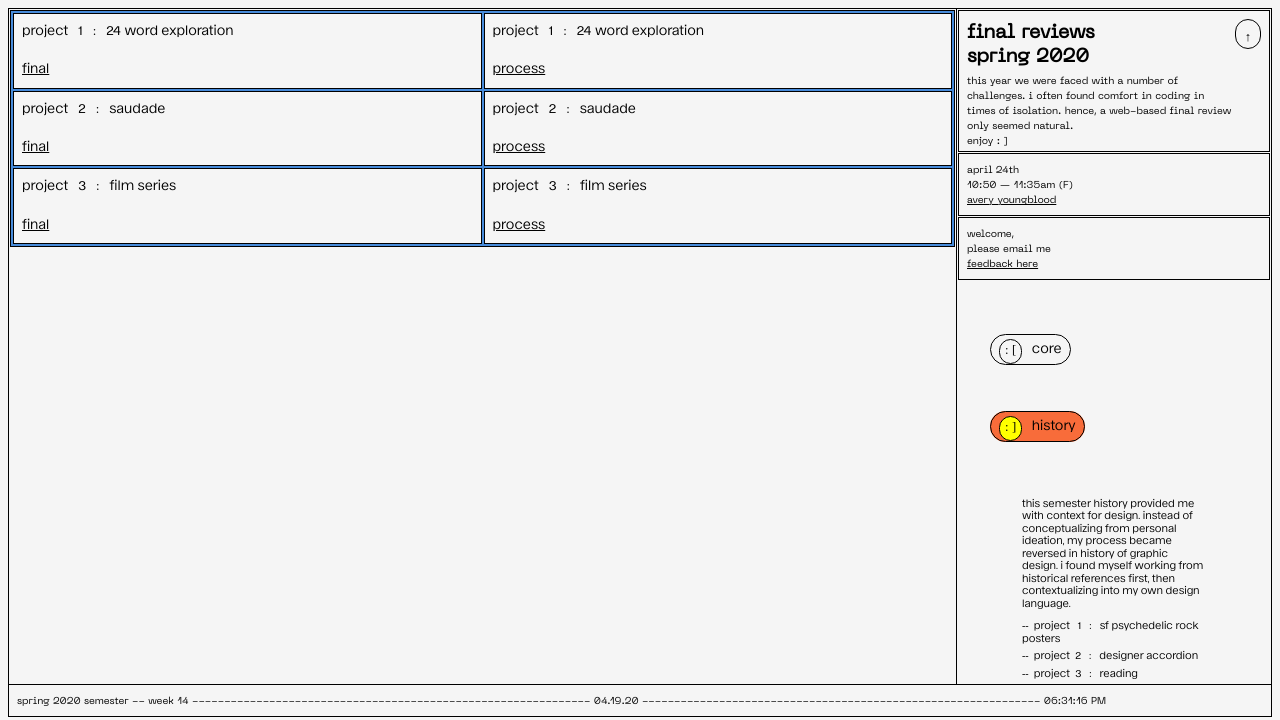
Repository: ayoungblood2/Spring-Semester-2020
Page: index v2/classes/interactive.html
The author's editor kept a copy of each file at every save. The page is drawn from the files as they stood at one save, then again after the next save.
The browser window is 1280 px wide. The pictures show the whole page.
Some web libraries are served in a nearby version.

Above is the page before, as saved 2020-04-19 21:26:43.

### index v2/classes/interactive.html
<html lang="en">

    <head>

        <meta charset="UTF-8">
        <meta name="viewport" content="width=device-width, initial-scale=1.0">
        <meta http-equiv="X-UA-Compatible" content="ie=edge">
        <link rel="stylesheet" href="/index v2/assets/css/main.css">

        <link rel="apple-touch-icon" sizes="180x180" href="/index v2/assets/icon/favicon_io/apple-touch-icon.png">
        <link rel="icon" type="image/png" sizes="32x32" href="/index v2/assets/icon/favicon_io/favicon-32x32.png">
        <link rel="icon" type="image/png" sizes="16x16" href="/index v2/assets/icon/favicon_io/favicon-16x16.png">

        <!-- <META HTTP-EQUIV="refresh" CONTENT="5; URL=http://127.0.0.1:5500/index%20v2/index2.html"> -->


        <title> : ] [ :</title>


    </head>

    <body class="none">


        <div id="coords" data-html2canvas-ignore="true" style="color: black; top: 747px; left: 58px;">click(48,737)
        </div>


        <main class="Main">

            <!-- <header class="PageHeader PageHeader--home">

                <section class="PageHeader-classInfo">
                    april 24th
                    <br>10:50 — 11:35am (F)
                    <br><a href="https://www.art.yale.edu/AveryYoungblood" target="_blank"
                        class="PageHeader--link">avery
                        youngblood</a>
                </section>
            </header>

            <header class="PageHeader PageHeader--home">
                <section class="PageHeader-classInfo">
                    welcome,
                    <br> please email me
                    <br><a href="avery.youngblood@yale.edu" class="PageHeader--link">feedback here</a>
                </section>
            </header> -->




            <header class="grid-container">
                <a href="/index v2/classes/core-prct1-1.html" class="PageHeader--link--2">
                    <section class="grid-item">
                        project&nbsp;&nbsp;&nbsp;1&nbsp;&nbsp;&nbsp;:&nbsp;&nbsp;&nbsp;24 word
                        exploration
                        <br>&nbsp;
                        <br><span style="text-decoration: underline;">final</span>
                    </section>
                </a>

                <a href="/index v2/classes/core-prct1-2.html" class="PageHeader--link--2">
                    <section class="grid-item">
                        project&nbsp;&nbsp;&nbsp;1&nbsp;&nbsp;&nbsp;:&nbsp;&nbsp;&nbsp;24 word
                        exploration
                        <br>&nbsp;
                        <br><span style="text-decoration: underline;">process</span>
                    </section>
                </a>

                <a href="/index v2/classes/core-prct2-1.html" class="PageHeader--link--2">
                    <section class="grid-item">
                        project&nbsp;&nbsp;&nbsp;2&nbsp;&nbsp;&nbsp;:&nbsp;&nbsp;&nbsp;saudade
                        <br>&nbsp;
                        <br><span style="text-decoration: underline;">final</span>
                    </section>
                </a>

                <a href="/index v2/classes/core-prct2-2.html" class="PageHeader--link--2">
                    <section class="grid-item">
                        project&nbsp;&nbsp;&nbsp;2&nbsp;&nbsp;&nbsp;:&nbsp;&nbsp;&nbsp;saudade
                        <br>&nbsp;
                        <br><span style="text-decoration: underline;">process</span>
                    </section>
                </a>

                <a href="/index v2/classes/core-prct3-1.html" class="PageHeader--link--2">
                    <section class="grid-item">
                        project&nbsp;&nbsp;&nbsp;3&nbsp;&nbsp;&nbsp;:&nbsp;&nbsp;&nbsp;film series
                        <br>&nbsp;
                        <br><span style="text-decoration: underline;">final</span>
                    </section>
                </a>

                <a href="/index v2/classes/core-prct3-2.html" class="PageHeader--link--2">
                    <section class="grid-item">
                        project&nbsp;&nbsp;&nbsp;3&nbsp;&nbsp;&nbsp;:&nbsp;&nbsp;&nbsp;film series
                        <br>&nbsp;
                        <br><span style="text-decoration: underline;">process</span>
                    </section>
                </a>

            </header>

        </main>





        <header class="Header">

            <a href="/index v2/index2.html" class="Header-link">
                <div class="wrapper">

                    <span class="Header-title">
                        <h2>
                            <span class="Header-span">final reviews</span>
                            <span class="Header-span">spring 2020</span></h2>
                        <br>
                        <div class="content">
                            <p> this year we were faced with a number of challenges.
                                i often found comfort in coding in times of isolation.
                                hence, a web-based final review only seemed natural. </p>
                            <p> enjoy : ] </p>

                    </span>
                    </span>

                </div>

                </div>
                <button onClick="window.location.href=window.location.href" class="Header-arrow">
                    ↑
                </button>

            </a>

            <header class="PageHeader PageHeader--home">

                <section class="PageHeader-classInfo">
                    april 24th
                    <br>10:50 — 11:35am (F)
                    <br><a href="https://www.art.yale.edu/AveryYoungblood" target="_blank" class="PageHeader--link">avery
                        youngblood</a>
                </section>
            </header>

            <header class="PageHeader PageHeader--home">
                <section class="PageHeader-classInfo">
                    welcome,
                    <br> please email me
                    <br><a href="mailto:avery.youngblood@yale.edu" target="_blank" class="PageHeader--link">feedback here</a>
                </section>
            </header>

            <nav class="Nav is-home">

                <ul class="Nav-list">

                    <li class="Nav-item ">
                        <span>
                            <a href="/index v2/classes/core.html"
                                class="Nav-link view-more view-less" href="#" data-target="core">
                                core
                            </a>
                      </span>
                        <img src="/index v2/classes/core/project1/Avery_Slang_BW.png"
                            style="width:150%;transform:rotate(20deg);" class="page-header" />

                        <ul id="core" class="viewing-less">

                            <li class="more">
                                core became a way to discover process and refine my message, along with building the
                                fundamentals of graphic design.
                                core solidifies the conceptualization of flexible ideas into experimental print and
                                materiality so that one can understand the motive behind work.
                                <br><br><br>
                                <p>--&nbsp;&nbsp;project&nbsp;&nbsp;&nbsp;1&nbsp;&nbsp;&nbsp;:&nbsp;&nbsp;&nbsp;24 word
                                    exploration</p>
                                <br>
                                <p>--&nbsp;&nbsp;project&nbsp;&nbsp;2&nbsp;&nbsp;&nbsp;:&nbsp;&nbsp;&nbsp;saudade event</p>
                                <br>
                                <p>--&nbsp;&nbsp;project&nbsp;&nbsp;3&nbsp;&nbsp;&nbsp;:&nbsp;&nbsp;&nbsp;film posters</p>
                            </li>
                        </ul>

                    </li>


                    <li class="Nav-item ">
                        <span>
                            <a href="/index v2/classes/history.html" class="Nav-link-2" href="#" data-target="history">
                                history
                            </a>

                        </span>

                    <img src="/index v2/classes/history/other images/event_default_31_1.jpg"
                    style="width:60%;transform:rotate(-50deg);margin:50px;" class="page-header" />

                            <li class="more">
                                this semester history provided me with context for design. instead of conceptualizing
                                from
                                personal ideation,
                                my process became reversed in history of graphic design. i found myself working from
                                historical references first,
                                then contextualizing into my own design language.
                                <br><br><br>
                                <p>--&nbsp;&nbsp;project&nbsp;&nbsp;&nbsp;1&nbsp;&nbsp;&nbsp;:&nbsp;&nbsp;&nbsp;sf
                                    psychedelic rock posters</p>
                                <br>
                                <p>--&nbsp;&nbsp;project&nbsp;&nbsp;2&nbsp;&nbsp;&nbsp;:&nbsp;&nbsp;&nbsp;designer
                                    accordion
                                </p>
                                <br>
                                <p>--&nbsp;&nbsp;project&nbsp;&nbsp;3&nbsp;&nbsp;&nbsp;:&nbsp;&nbsp;&nbsp;reading</p>
                                <br>
                                <p>--&nbsp;&nbsp;project&nbsp;&nbsp;4&nbsp;&nbsp;&nbsp;:&nbsp;&nbsp;&nbsp;research &
                                    resources</p>
                            </li>


                    <li class="Nav-item ">
                        <span>
                            <a href="/index v2/index2.html"class="Nav-link-2" href="#" data-target="history">
                                interactive
                            </a>

                        </span>

                        <img src="/index v2/classes/interactive/web-as-site.png"
                            style="width:70%;transform:rotate(2deg);margin-top:300px;margin-left:300px;" />
                        <ul id="interact" class="viewing-less">

                            <li class="more">
                                we covered a lot in interactive this semester.
                                i've been actively learning HTML, CSS, and JavaScript, and experimenting ways to
                                introduce
                                these methods into my everyday studio practice.
                                the readings we had about the internet and the relationship to
                                embodied experience were eye-opening discussions.
                                everything of what i thought web-design "should-be" vanished. all expectations and
                                rules,
                                gone.
                                i learned there is a space for art in the web-space.
                                i appreciate the freedom of expression and encouragement of creativity from
                                conceptually-driven prompts in this class.
                                i want to incorporate this new perspective of organizing and translating design/process
                                into
                                an interactive space.
                                <br><br><br>
                                <p>--&nbsp;&nbsp;project&nbsp;&nbsp;&nbsp;1&nbsp;&nbsp;&nbsp;:&nbsp;&nbsp;&nbsp;list</p>
                                <br>
                                <p>--&nbsp;&nbsp;project&nbsp;&nbsp;2&nbsp;&nbsp;&nbsp;:&nbsp;&nbsp;&nbsp;clock</p>
                                <br>
                                <p>--&nbsp;&nbsp;project&nbsp;&nbsp;3&nbsp;&nbsp;&nbsp;:&nbsp;&nbsp;&nbsp;reading &
                                    resources</p>
                            </li>
                        </ul>
                    </li>


                    <li class="Nav-item ">
                        <span>
                            <a href="/index v2/classes/printmaking.html"
                                class="Nav-link view-more view-less" href="#" data-target="print">
                                printmaking
                            </a>
                        </span>
                        <img src="/index v2/classes/printmaking/reference pics/Screen Shot 2020-04-16 at 5.17.14 AM.png"
                            style="width:50%;transform:rotate(20deg);margin-top:200px;margin-left:10px;" />
                        <ul id="print" class="viewing-less">

                            <li class="more">
                                printmaking considers ways in which multiplicity, circulation, and archives have
                                functioned
                                within contemporary print based artworks.
                                We had visits to on-campus collections, collaborative studio work, and in class
                                discussions
                                of pertinent texts aim to place the
                                making of printed media within an expansive field of art practices.
                                Although, the second part of the semester was to focus on
                                how these concepts, materials, and forms connect to our own individual studio practices
                                through projects and printshop demonstrations focusing on the stencil and the book (we
                                still
                                had discussions of what we'd like to pursue in the future).
                                <br><br><br>
                                <p>--&nbsp;&nbsp;project&nbsp;&nbsp;&nbsp;1&nbsp;&nbsp;&nbsp;:&nbsp;&nbsp;&nbsp;reading
                                </p>
                                <br>
                                <p>--&nbsp;&nbsp;project&nbsp;&nbsp;2&nbsp;&nbsp;&nbsp;:&nbsp;&nbsp;&nbsp;research &
                                    resources</p>
                                <br>
                                <p>--&nbsp;&nbsp;project&nbsp;&nbsp;3&nbsp;&nbsp;&nbsp;:&nbsp;&nbsp;&nbsp;chapel street
                                    pole
                                </p>
                                <br>
                                <p>--&nbsp;&nbsp;project&nbsp;&nbsp;4&nbsp;&nbsp;&nbsp;:&nbsp;&nbsp;&nbsp;commissioned
                                    publication</p>
                            </li>
                        </ul>
                    </li>


                    <li class="Nav-item ">
                        <span>
                            <a href="/index v2/classes/independent.html"
                                class="Nav-link view-more view-less" href="#" data-target="ind">
                                independent
                            </a>
                        </span>
                        <img src="/index v2/classes/independent/we-need-to-talk/Screen Shot 2020-04-18 at 4.32.22 AM.png"
                            style="width:80%;transform:rotate(-63deg);margin:20px;" />
                        <ul id="ind" class="viewing-less">

                            <li class="more">
                                collaboration on all fronts. alvin (prelim GD) and amina (1st yr sculpture) became my
                                close
                                allies this semester.
                                our personal interests led the way in cultivating close-relationships,
                                along with intriguing long-term projects that i'm excited to continue and develop over
                                the
                                years.
                                <br>
                                the second half of the semester my attention and time became devoted to the covid-19
                                cause -
                                writing
                                and meeting and organizing 24/7 to work towards active nationwide solutions for the
                                future
                                of education.
                                <br><br><br>
                                <p>--&nbsp;&nbsp;project&nbsp;&nbsp;&nbsp;1&nbsp;&nbsp;&nbsp;:&nbsp;&nbsp;&nbsp;we-need-to-talk
                                </p>
                                <br>
                                <p>--&nbsp;&nbsp;project&nbsp;&nbsp;2&nbsp;&nbsp;&nbsp;:&nbsp;&nbsp;&nbsp;sonic rupture
                                </p>
                                <br>
                                <p>--&nbsp;&nbsp;project&nbsp;&nbsp;3&nbsp;&nbsp;&nbsp;:&nbsp;&nbsp;&nbsp;log & letters
                                </p>
                            </li>
                        </ul>
                    </li>
            </nav>

        </header>

        <span class="TimeStamp">spring semester week 01 04.15.20 05:07:06 PM</span>

        <script src="//ajax.googleapis.com/ajax/libs/jquery/1.7.1/jquery.min.js" type="text/javascript"></script>
        <script src="https://cdnjs.cloudflare.com/ajax/libs/moment.js/2.20.1/moment.min.js"></script>
        <script src="/index v2/assets/js/main.js"></script>
        <script src="/index v2/assets/js/scripts.js"></script>
        <script src="/index v2/assets/js/html2canvas.js"></script>




    </body>


</html>

<!-- yale school of art --
graphic design --
preliminary year --
final reviews --
spring 2020 -->

Loaded but not shown: index v2/assets/js/html2canvas.js (library); index v2/assets/js/scripts.js (193 lines, source omitted); index v2/assets/js/main.js (113 lines, source omitted); index v2/assets/css/main.css (1061 lines, source omitted)

After the next save:
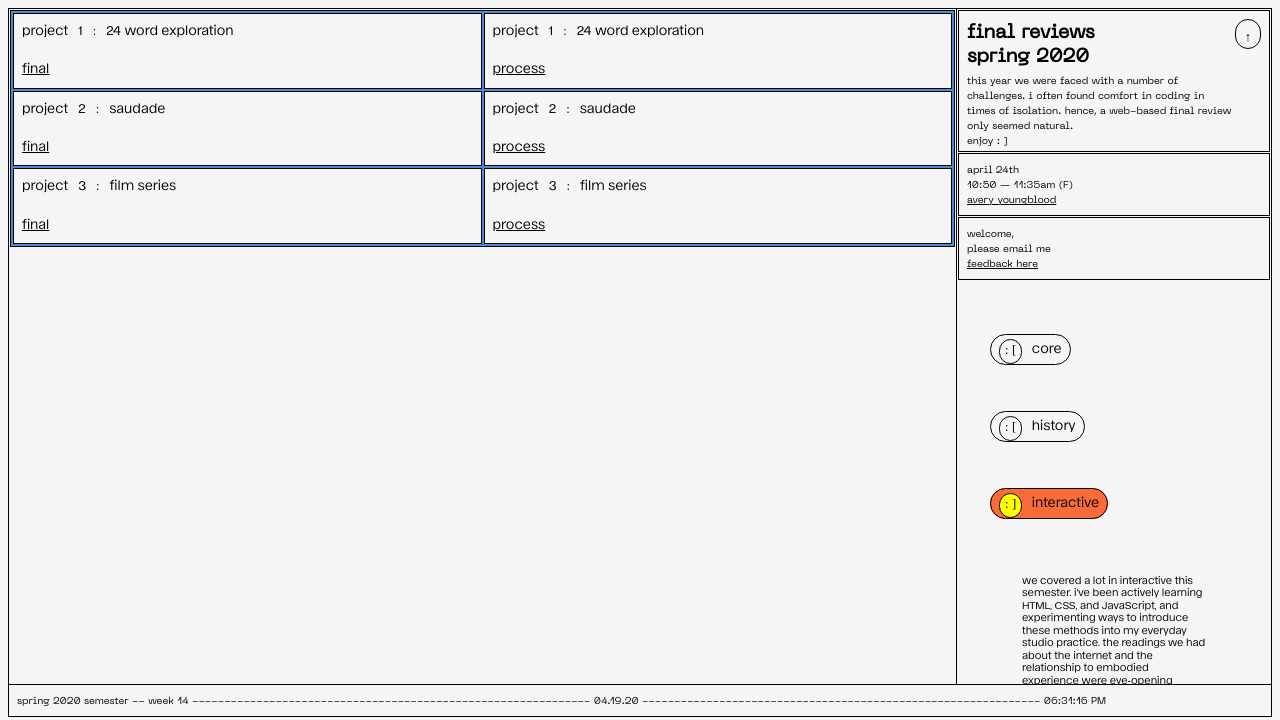
Saved 94 s later.
--- a/index v2/classes/interactive.html
+++ b/index v2/classes/interactive.html
@@ -191,14 +191,14 @@
 
                     <li class="Nav-item ">
                         <span>
-                            <a href="/index v2/classes/history.html" class="Nav-link-2" href="#" data-target="history">
+                            <a href="/index v2/classes/history.html"
+                                class="Nav-link view-more view-less" href="#" data-target="history">
                                 history
                             </a>
-
                         </span>
-
-                    <img src="/index v2/classes/history/other images/event_default_31_1.jpg"
-                    style="width:60%;transform:rotate(-50deg);margin:50px;" class="page-header" />
+                        <img src="/index v2/classes/history/other images/event_default_31_1.jpg"
+                            style="width:60%;transform:rotate(-50deg);margin:50px;" />
+                        <ul id="history" class="viewing-less">
 
                             <li class="more">
                                 this semester history provided me with context for design. instead of conceptualizing
@@ -220,6 +220,8 @@
                                 <p>--&nbsp;&nbsp;project&nbsp;&nbsp;4&nbsp;&nbsp;&nbsp;:&nbsp;&nbsp;&nbsp;research &
                                     resources</p>
                             </li>
+                        </ul>
+                    </li>
 
 
                     <li class="Nav-item ">
@@ -231,8 +233,7 @@
                         </span>
 
                         <img src="/index v2/classes/interactive/web-as-site.png"
-                            style="width:70%;transform:rotate(2deg);margin-top:300px;margin-left:300px;" />
-                        <ul id="interact" class="viewing-less">
+                            style="width:70%;transform:rotate(2deg);margin-top:300px;margin-left:300px;" class="page-header"/>
 
                             <li class="more">
                                 we covered a lot in interactive this semester.
@@ -258,8 +259,6 @@
                                 <p>--&nbsp;&nbsp;project&nbsp;&nbsp;3&nbsp;&nbsp;&nbsp;:&nbsp;&nbsp;&nbsp;reading &
                                     resources</p>
                             </li>
-                        </ul>
-                    </li>
 
 
                     <li class="Nav-item ">
